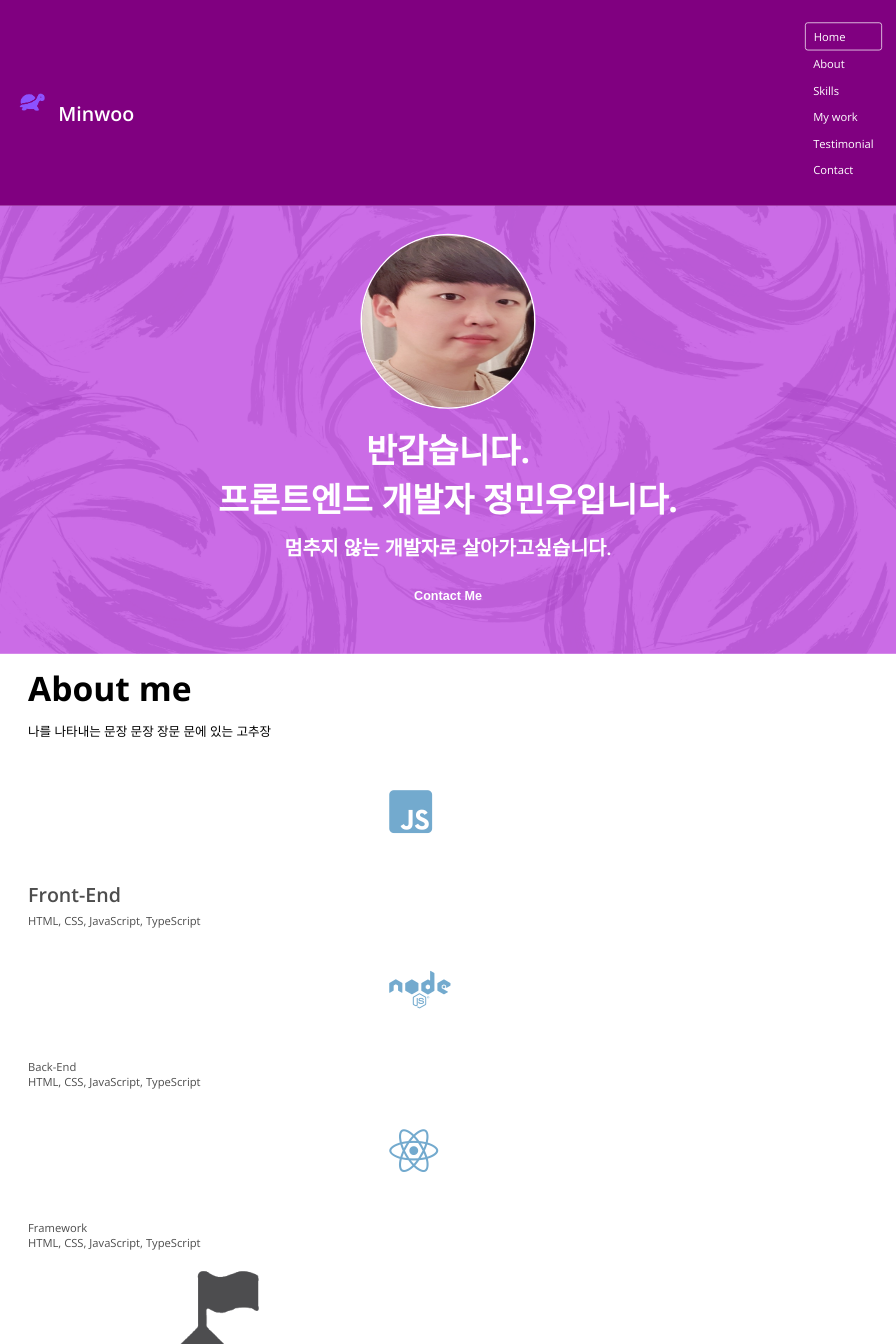
Repository: DevMinwoo-Jung/MinwooPortfolio
Page: index.html
An editor plug-in stored every save of this project. The page is shown before and after the next save, followed by the edit.
The browser window is 1280 px wide. The pictures show the part of the page from y = 0 to 1920 px (the page is 5709 px tall), at 70% of full size.

Above is the page before, as saved 2021-06-01 11:38:34.

After the next save:
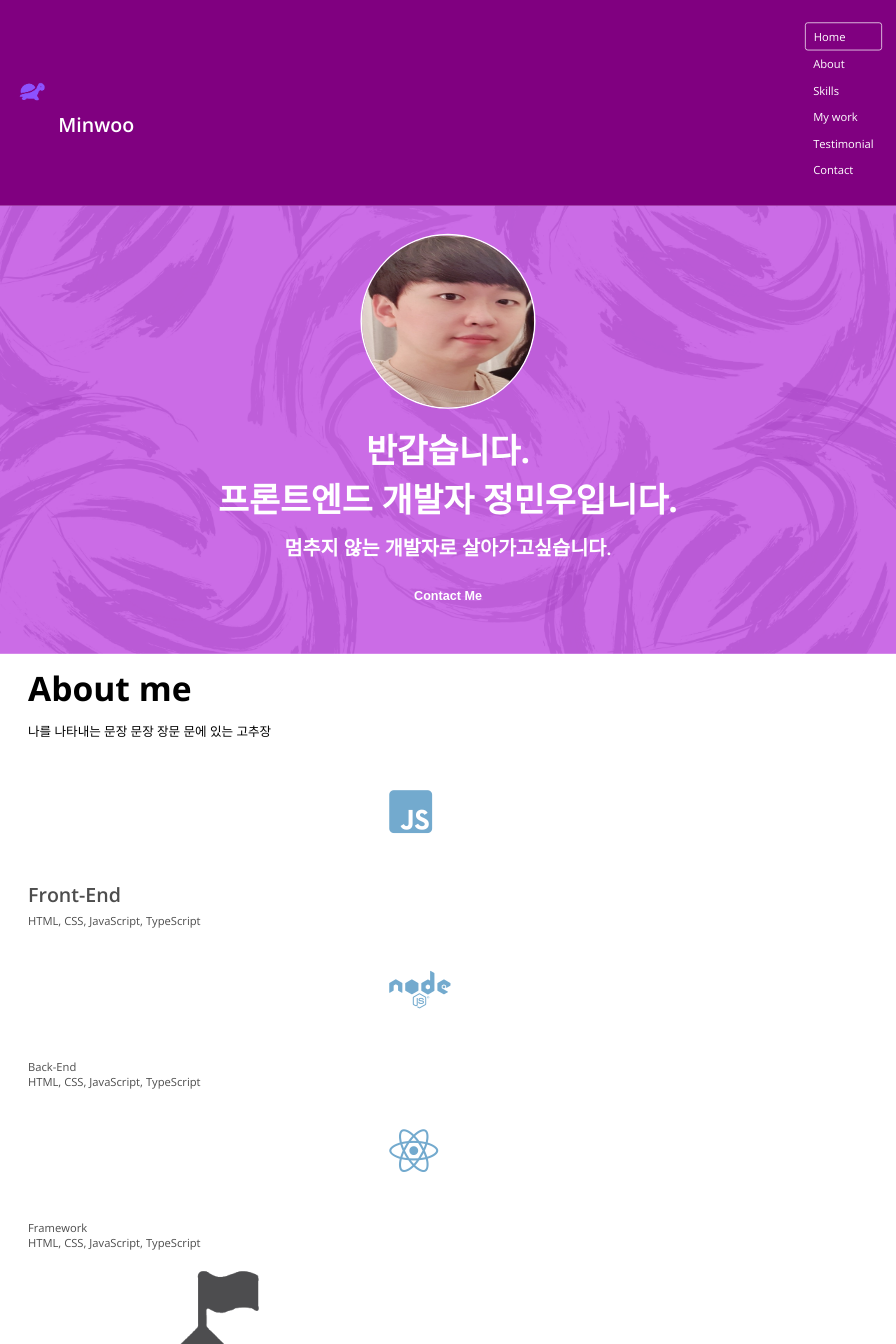
Saved 19 s later.
--- a/style.css
+++ b/style.css
@@ -134,7 +134,7 @@ button {
 .navbar__logo img {
   height: 60px;
   width: 60px;
-  bottom: 30px;
+  margin-bottom: 30px;
 }
 .navbar__toggle-btn {
   position: absolute;
